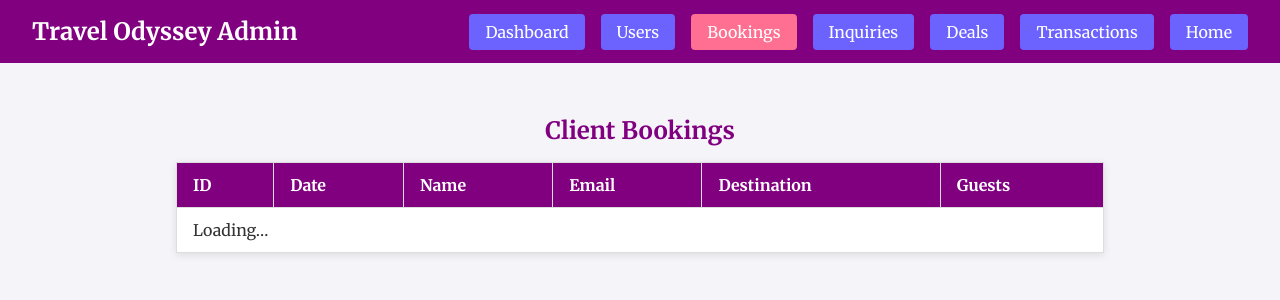
Repository: GHzPhoenix/Project-Odyssey
Page: Frontend/admin-bookings.html
The author's editor kept a copy of each file at every save. The page is drawn from the files as they stood at one save, then again after the next save.
The browser window is 1280 px wide. The pictures show the whole page.
The page's requests for data from a server got no answer.

Above is the page before, as saved 2025-07-17 12:32:31.
Console error: TypeError: Cannot set properties of null (setting 'textContent')

After the next save:
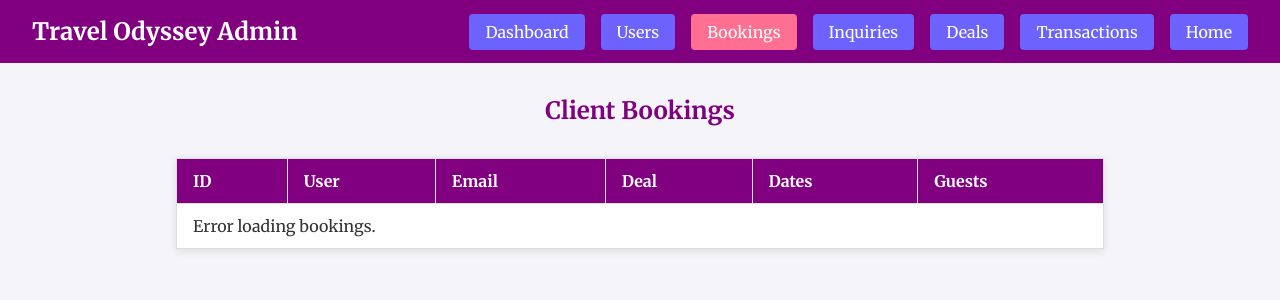
The error is gone.
Saved 3 days later.
--- a/Frontend/admin-bookings.html
+++ b/Frontend/admin-bookings.html
@@ -7,26 +7,11 @@
     <link rel="stylesheet" href="/Frontend/css/admin.css" />
     <style>
       .kpi-container {
-        display: flex;
-        gap: 1rem;
-        margin: 2rem 0;
-        justify-content: center;
+        display: none;
       }
-      .kpi-card {
-        flex: 1;
-        background: white;
-        padding: 1.5rem;
-        border-radius: 8px;
-        box-shadow: 0 2px 8px rgba(0, 0, 0, 0.1);
-        text-align: center;
-      }
-      .kpi-card h3 {
-        margin-bottom: 0.5rem;
-        color: purple;
-      }
-      .kpi-card p {
-        font-size: 2rem;
-        font-weight: bold;
+      table {
+        margin: 2rem auto;
+        max-width: 960px;
       }
     </style>
   </head>
@@ -47,119 +32,72 @@
     </header>
 
     <main>
-      <br />
       <h2 class="section">Client Bookings</h2>
       <table id="booking-table">
         <thead>
           <tr>
             <th>ID</th>
-            <th>Date</th>
-            <th>Name</th>
+            <th>User</th>
             <th>Email</th>
-            <th>Destination</th>
+            <th>Deal</th>
+            <th>Dates</th>
             <th>Guests</th>
           </tr>
         </thead>
         <tbody>
           <tr>
-            <td colspan="7">Loading…</td>
+            <td colspan="6">Loading…</td>
           </tr>
         </tbody>
       </table>
-      <br />
     </main>
 
     <script>
       const token = localStorage.getItem("token") || "";
-      let inquiries = [],
-        deals = [],
-        editingId = null,
-        editingImageURL = "";
 
-      async function fetchJSON(url, opts = {}) {
+      async function fetchJSON(path, opts = {}) {
         opts.headers = {
           ...(opts.headers || {}),
           "Content-Type": "application/json",
           Authorization: "Bearer " + token,
         };
-        const res = await fetch(url, opts);
+        const res = await fetch("http://127.0.0.1:5002" + path, opts);
         if (!res.ok) throw await res.json();
         return res.json();
       }
 
-      async function loadDashboard() {
+      async function loadBookings() {
+        const tbody = document.querySelector("#booking-table tbody");
         try {
-          inquiries = await fetchJSON("http://127.0.0.1:5001/api/inquiries");
-          document.getElementById("kpi-inquiries").textContent =
-            inquiries.length;
-        } catch {
-          document.getElementById("kpi-inquiries").textContent = "—";
-        }
-        try {
-          deals = await fetchJSON("http://127.0.0.1:5001/api/deals");
-          document.getElementById("kpi-deals").textContent = deals.length;
-        } catch {
-          document.getElementById("kpi-deals").textContent = "—";
-        }
-        try {
-          const txns = await fetchJSON(
-            "http://127.0.0.1:5001/api/paypal/transactions"
-          );
-          let total = 0;
-          const tbodyT = document.querySelector("#transactions-table tbody");
-
-          tbodyT.innerHTML = txns.length
-            ? txns
-                .map((o) => {
-                  total += parseFloat(o.amount);
-                  const d = new Date(o.create_time).toLocaleString();
-                  return `
-          <tr>
-            <td>${o.id}</td>
-            <td>${o.user_email}</td>
-            <td>${o.deal_name}</td>
-            <td>€${Number(o.amount).toFixed(2)}</td>
-            <td>${d}</td>
+          const bookings = await fetchJSON("/api/bookings/all");
+          if (!bookings.length) {
+            tbody.innerHTML = "<tr><td colspan='6'>No bookings.</td></tr>";
+            return;
+          }
+          tbody.innerHTML = bookings
+            .map((b) => {
+              const dates =
+                new Date(b.start_date).toLocaleDateString() +
+                " – " +
+                new Date(b.end_date).toLocaleDateString();
+              return `<tr>
+            <td>${b.id}</td>
+            <td>${b.user_name}</td>
+            <td>${b.user_email}</td>
+            <td>${b.deal_name}</td>
+            <td>${dates}</td>
+            <td>${b.guests}</td>
           </tr>`;
-                })
-                .join("")
-            : "<tr><td colspan='5'>No transactions.</td></tr>";
-
-          document.getElementById("kpi-revenue").textContent =
-            "€" + total.toFixed(2);
-        } catch {
-          document.getElementById("kpi-revenue").textContent = "—";
-        }
-
-        const inTbody = document.querySelector("#inquiries-table tbody");
-        if (!inquiries.length) {
-          inTbody.innerHTML = "<tr><td colspan='8'>No inquiries.</td></tr>";
-        } else {
-          inTbody.innerHTML = inquiries
-            .map((i, idx) => {
-              const date = new Date(i.created_at).toLocaleDateString();
-              const budget =
-                i.budget != null ? `€${Number(i.budget).toFixed(2)}` : "—";
-              return `<tr>
-          <td>${i.id}</td>
-          <td>${date}</td>
-          <td>${i.name}</td>
-          <td>${i.email}</td>
-          <td>${i.destination}</td>
-          <td>${i.guests}</td>
-          <td>${budget}</td>
-          <td>
-            <button class="action create-from-inquiry" data-idx="${idx}">
-              Create Deal
-            </button>
-          </td>
-        </tr>`;
             })
             .join("");
+        } catch (err) {
+          console.error(err);
+          tbody.innerHTML =
+            "<tr><td colspan='6'>Error loading bookings.</td></tr>";
         }
       }
 
-      document.addEventListener("DOMContentLoaded", loadDashboard);
+      document.addEventListener("DOMContentLoaded", loadBookings);
     </script>
   </body>
 </html>
